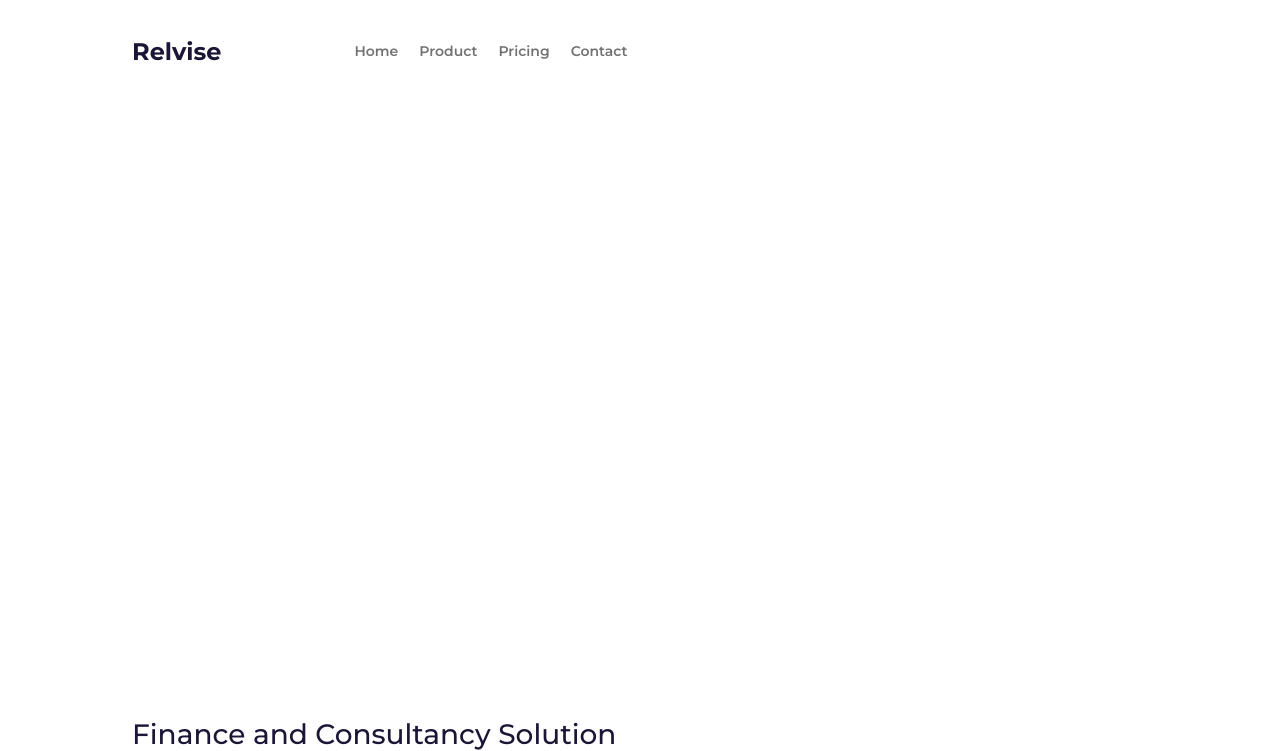
Repository: usalokiN/simple-project
Page: index.html
An editor plug-in stored every save of this project. The page is shown before and after the next save, followed by the edit.
The browser window is 1280 px wide. The pictures show the whole page.

Above is the page before, as saved 2022-01-15 22:24:50.

### index.html
<!DOCTYPE html>
<html lang="en">

<head>
    <meta charset="UTF-8">
    <meta http-equiv="X-UA-Compatible" content="IE=edge">
    <meta name="viewport" content="width=device-width, initial-scale=1.0">
    <link rel="stylesheet" href="https://fonts.googleapis.com/css?family=Montserrat:regular,500,600,700,800&display=swap">
    <link rel="stylesheet" href="css/style.css">
    <meta author="NikoDyachenko">
    <title>Simple project</title>


</head>

<body>
    <div class="wrapper">
        <header class="header">
            <div class="header__container _container">
                <a href="" class="header__logo">
                    Relvise
                </a>
                <nav class="header__menu menu">
                    <ul class="menu__list">
                        <li class="menu__item">
                            <a href="" class="menu__link">Home</a>
                        </li>
                        <li class="menu__item">
                            <a href="" class="menu__link">Product</a>
                        </li>
                        <li class="menu__item">
                            <a href="" class="menu__link">Pricing</a>
                        </li>
                        <li class="menu__item">
                            <a href="" class="menu__link">Contact</a>
                        </li>
                    </ul>
                </nav>
            </div>
    </div>
    </header>
    <main class="page">
        <div class="page__main-block main-block">
            <div class="main-block_containter _container">
                <h1 class="main-block__title">Finance and Consultancy Solution</h1>
                <div class="main-block__text"></div>
                <div class="main-block__buttons">

                </div>
            </div>
        </div>
    </main>
    <footer class="footer"></footer>
    </div>
</body>

</html>

### css/style.css
*,
::before,
::after {
    padding: 0;
    margin: 0;
    bottom: 0;
    box-sizing: border-box;
}

a {
    text-decoration: none;
}

ul,
ol,
li {
    list-style: none;
}

img {
    vertical-align: top;
}

h1,
h2,
h3,
h4,
h5,
h6 {
    font-weight: inherit;
    font-style: inherit;
}

html,
body {
    height: 100%;
    line-height: 1;
    font-size: 14px;
    font-weight: 500;
    color: rgb(28, 21, 54);
    font-family: Montserrat;
}

.wrapper {
    min-height: 100%;
    overflow: hidden;
}


/* ================================================================================== */

._container {
    max-width: 1046px;
    margin: 0px auto;
    padding: 0 15px;
}


/* ----------------------------------------HEADER------------------------------------------------------- */

.header {
    position: absolute;
    width: 100%;
    left: 0;
    top: 0;
    z-index: 50;
}

.header__container {
    display: flex;
    min-height: 104px;
    align-items: center;
}

@media (max-width: 479px) {
    .header__container {
        min-height: 85px;
    }
}

._container {}

.header__logo {
    font-size: 24px;
    font-weight: 700;
    color: inherit;
}

.header__menu {
    margin: 0 0 0 133px;
}

@media (max-width: 992px) {
    .header__menu {
        margin: 0 0 0 80px;
    }
}

@media (max-width: 762px) {
    .header__menu {
        margin: 0 0 0 40px;
    }
}

@media (max-width: 479px) {
    .header__menu {
        margin: 0 0 0 20px;
    }
}

.menu {
    padding: 5px 0;
}

.menu__list {
    display: flex;
    flex-wrap: wrap;
}

.menu__item {}

.menu__item:not(:last-child) {
    margin: 0 21px 0 0px;
    /* Отступы у каждого кроме последнего элемента */
}

.menu__link {
    color: #737373;
    font-weight: 600;
    line-height: calc(24/14 * 100%);
    /*171% - процет отступа. Формула расчета при 14px шрифта*/
}

@media (max-width: 479) {
    .menu__link {
        font-size: 18px;
    }
}


/* MAIN */

.page {
    flex: 1 1 auto;
}


/* FOOTER */

.footer {}

After the next save:
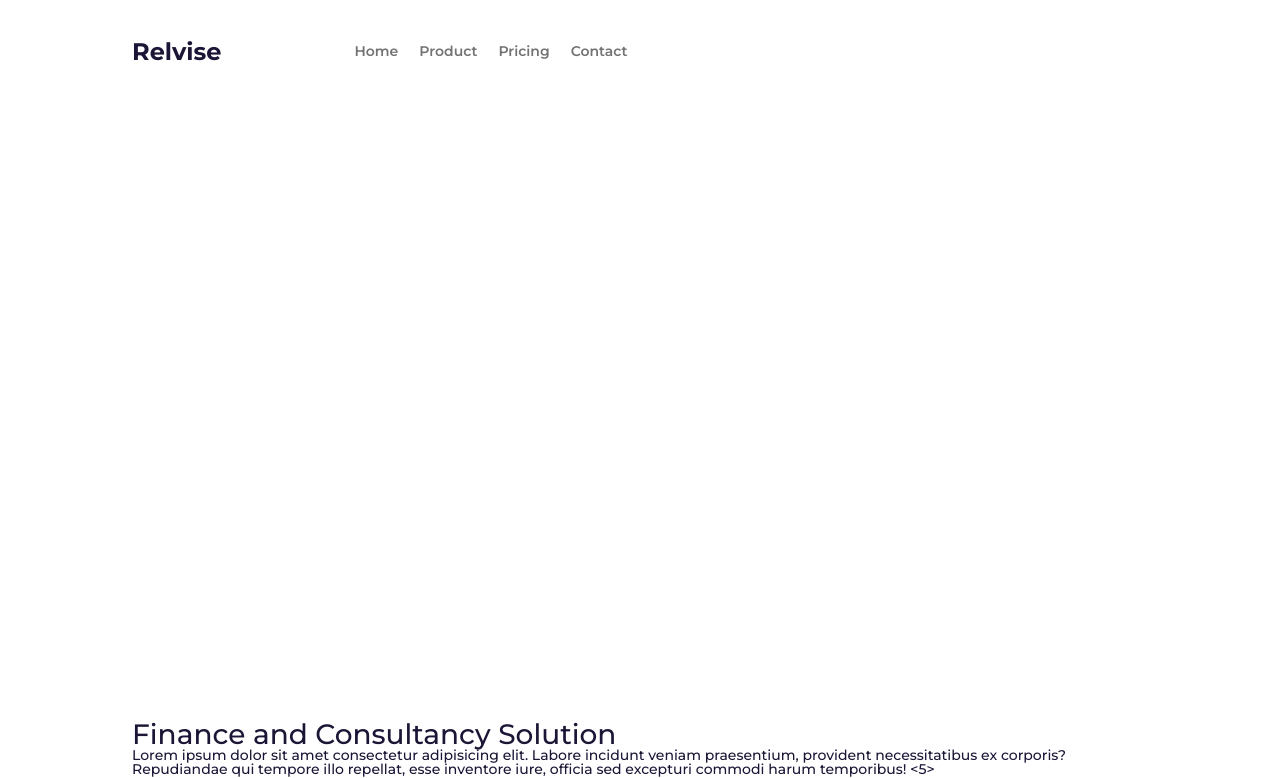
Saved 16 s later.
--- a/index.html
+++ b/index.html
@@ -43,7 +43,9 @@
         <div class="page__main-block main-block">
             <div class="main-block_containter _container">
                 <h1 class="main-block__title">Finance and Consultancy Solution</h1>
-                <div class="main-block__text"></div>
+                <div class="main-block__text">Lorem ipsum dolor sit amet consectetur adipisicing elit. Labore incidunt veniam praesentium, provident necessitatibus ex corporis? Repudiandae qui tempore illo repellat, esse inventore iure, officia sed excepturi commodi harum temporibus!
+                    <5></5>
+                </div>
                 <div class="main-block__buttons">
 
                 </div>
